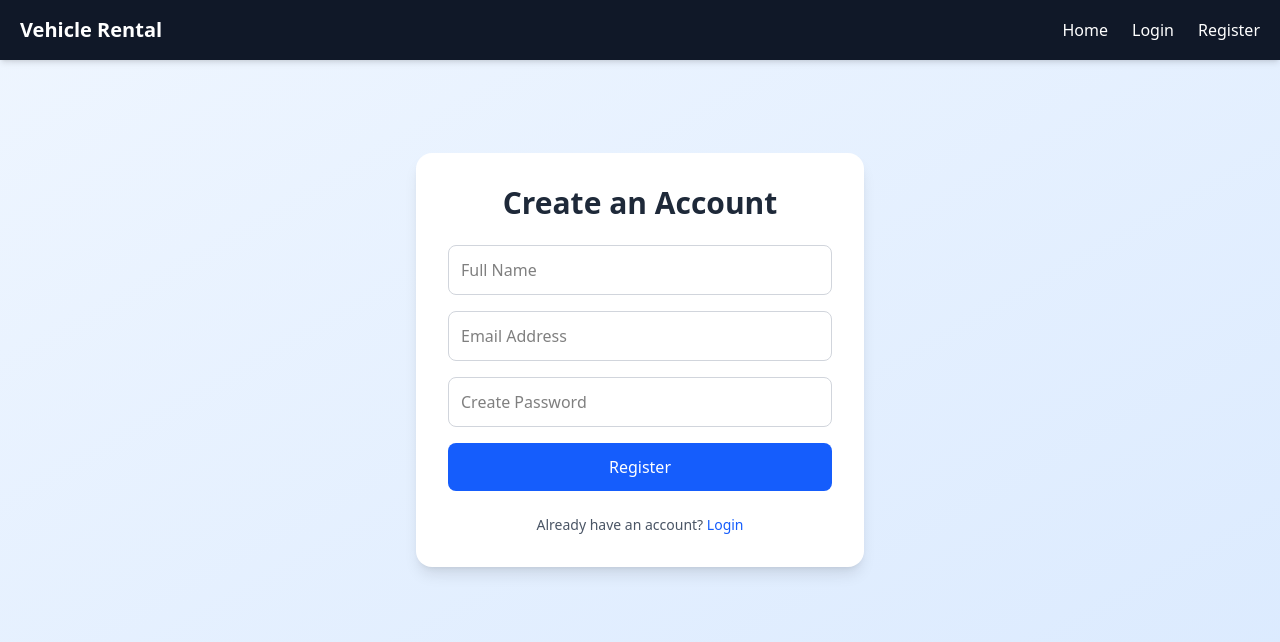
Repository: Sugan-g/vehicle-rental-system
Page: /register (app in frontend/)
These files come from the project's save history. The page is drawn as it stood at one moment and after the next save; the edit follows.
The browser window is 1280 px wide. The pictures show the whole page.
The project was rebuilt for these pictures with package versions that can differ from the ones it lists, and the page was loaded fresh each time. Also part of the build but not shown: frontend/vite.config.js, frontend/src/components/VehicleCard.jsx, frontend/src/pages/HomePage.jsx, frontend/src/components/BookingForm.jsx, frontend/src/components/ReviewForm.jsx, frontend/src/pages/VehiclePage.jsx, frontend/src/pages/LoginPage.jsx, frontend/src/pages/RentalHistoryPage.jsx and 7 more.

Above is the page before, as saved 2025-11-13 16:25:17.

After the next save:
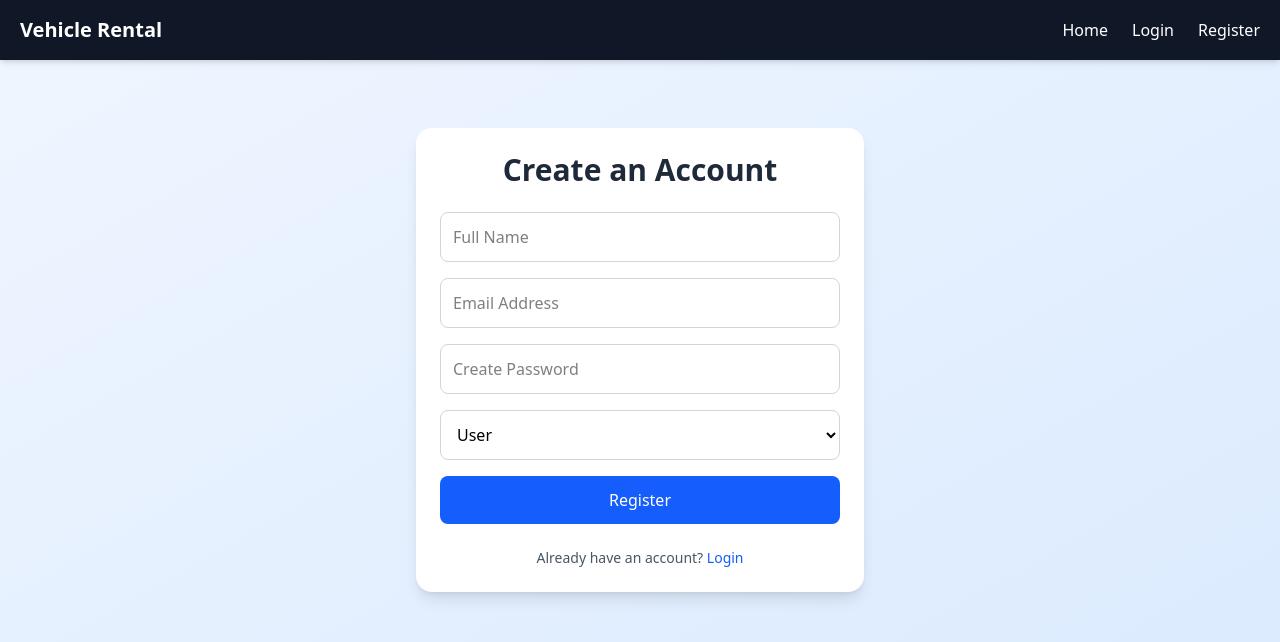
Saved 3 days later.
--- a/frontend/src/pages/RegisterPage.jsx
+++ b/frontend/src/pages/RegisterPage.jsx
@@ -6,18 +6,27 @@ export default function RegisterPage() {
   const [name, setName] = useState("");
   const [email, setEmail] = useState("");
   const [password, setPassword] = useState("");
+  const [role, setRole] = useState("user");  // <--- NEW
+
   const navigate = useNavigate();
 
   const handleSubmit = async (e) => {
     e.preventDefault();
     try {
-      const res = await API.post("/auth/register", { name, email, password });
+      const res = await API.post("/auth/register", {
+        name,
+        email,
+        password,
+        role,
+      });
+
       localStorage.setItem("token", res.data.token);
       localStorage.setItem("role", res.data.role);
+
       navigate("/");
     } catch (error) {
       console.error(error);
-      alert("Registration failed");
+      alert(error.response?.data?.message || "Registration failed");
     }
   };
 
@@ -25,9 +34,9 @@ export default function RegisterPage() {
     <div className="flex items-center justify-center min-h-screen bg-gradient-to-br from-blue-50 to-blue-100 p-4">
       <form
         onSubmit={handleSubmit}
-        className="bg-white w-full max-w-md sm:max-w-lg md:max-w-md rounded-2xl shadow-lg p-6 sm:p-8"
+        className="bg-white w-full max-w-md rounded-2xl shadow-lg p-6"
       >
-        <h2 className="text-2xl sm:text-3xl font-semibold text-center text-gray-800 mb-6">
+        <h2 className="text-3xl font-semibold text-center text-gray-800 mb-6">
           Create an Account
         </h2>
 
@@ -38,7 +47,7 @@ export default function RegisterPage() {
             value={name}
             onChange={(e) => setName(e.target.value)}
             required
-            className="w-full border border-gray-300 focus:border-blue-500 focus:ring focus:ring-blue-100 p-3 rounded-lg outline-none transition"
+            className="w-full border border-gray-300 focus:border-blue-500 p-3 rounded-lg"
           />
 
           <input
@@ -47,7 +56,7 @@ export default function RegisterPage() {
             value={email}
             onChange={(e) => setEmail(e.target.value)}
             required
-            className="w-full border border-gray-300 focus:border-blue-500 focus:ring focus:ring-blue-100 p-3 rounded-lg outline-none transition"
+            className="w-full border border-gray-300 focus:border-blue-500 p-3 rounded-lg"
           />
 
           <input
@@ -56,12 +65,23 @@ export default function RegisterPage() {
             value={password}
             onChange={(e) => setPassword(e.target.value)}
             required
-            className="w-full border border-gray-300 focus:border-blue-500 focus:ring focus:ring-blue-100 p-3 rounded-lg outline-none transition"
+            className="w-full border border-gray-300 focus:border-blue-500 p-3 rounded-lg"
           />
+
+          {/* ROLE SELECT */}
+          <select
+            value={role}
+            onChange={(e) => setRole(e.target.value)}
+            className="w-full border border-gray-300 focus:border-blue-500 p-3 rounded-lg"
+          >
+            <option value="user">User</option>
+            <option value="owner">Owner</option>
+            <option value="admin">Admin</option>
+          </select>
 
           <button
             type="submit"
-            className="w-full bg-blue-600 hover:bg-blue-700 text-white font-medium py-3 rounded-lg transition transform hover:scale-[1.02]"
+            className="w-full bg-blue-600 hover:bg-blue-700 text-white py-3 rounded-lg"
           >
             Register
           </button>
